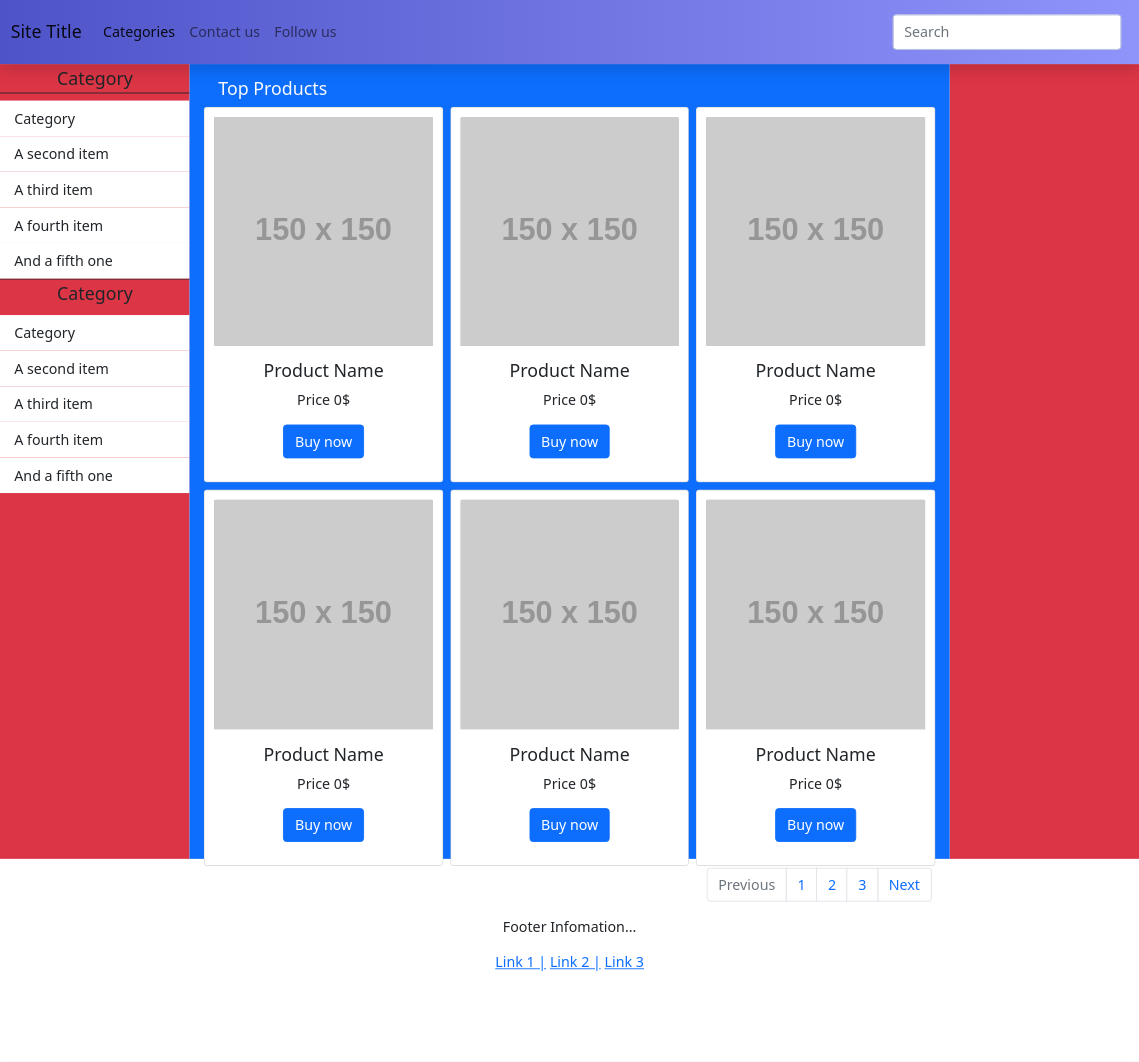
Repository: ttranhhoang/layoutBS
Page: layoutBS1/index.html
These files come from the project's save history. The page is drawn as it stood at one moment and after the next save; the edit follows.
The browser window is 1280 px wide. The pictures show the whole page, at 89% of full size.

Above is the page before, as saved 2022-04-24 22:45:03.

After the next save:
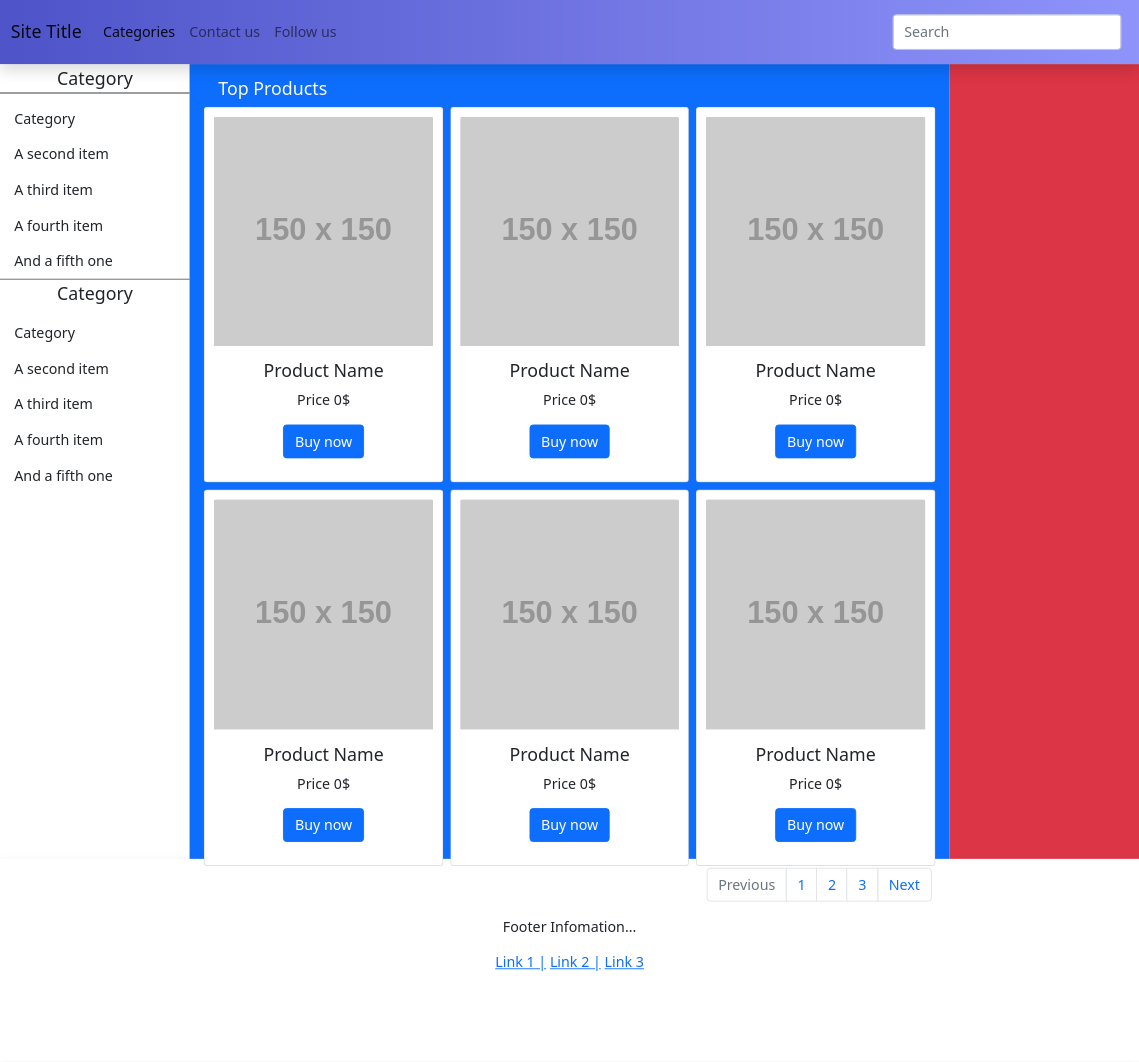
Saved 68 s later.
--- a/layoutBS1/index.html
+++ b/layoutBS1/index.html
@@ -77,7 +77,7 @@
 
     <div class="h-100">
       <div class="row h-100 g-0">
-        <div class="col-md-2 text-center bg-danger">
+        <div class="col-md-2 text-center">
           <h5 class="text-center text p-1 border-bottom border-1 border-dark">Category</h5>
           <ul class="list-group list-group-flush text-start border-bottom border-dark">
             <li class="list-group-item border-0">Category</li>
